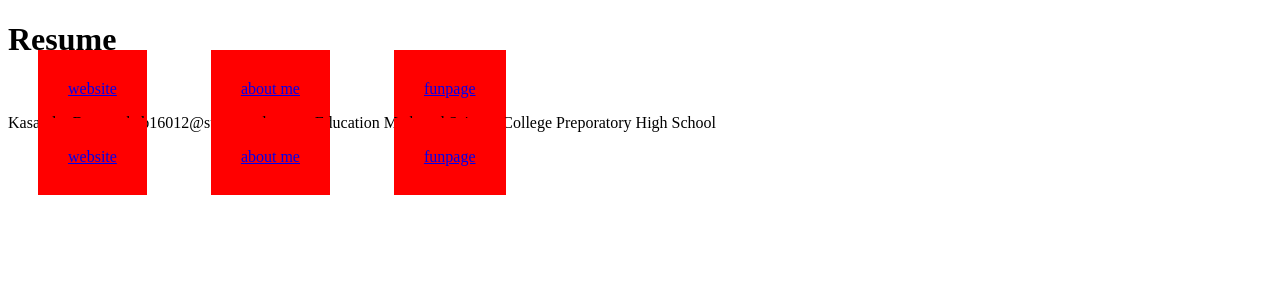
Repository: khipres1/khipres1.github.io
Page: resume.html
The author's editor kept a record of every edit. The page is drawn from the files as they stood at one moment, then again after the next edit.
The browser window is 1280 px wide. The pictures show the whole page.

Above is the page before.

### resume.html
<!DOCTYPE html>
<html>
<head>
  <title>Resume</title>
  <meta charset="utf-8"/>
  <link rel="stylesheet" type="text/css" href="style.css">
</head>
   <h1>Resume</h1>

     <a href="website.html"> website</a>
   <a href="aboutme">about me</a>
   <a href="funpage.html">funpage</a>


     <p>Kasandra Becerra
    kcb16012@stem-student.org
    Education
    Math and Science College Preporatory High School</p>






   <a href="website.html"> website</a>
   <a href="aboutme">about me</a>
   <a href="funpage.html">funpage</a>

   </html>

### style.css

a {
    padding:30px;
    margin:30px;
    background-color: red;
}

After the next edit:
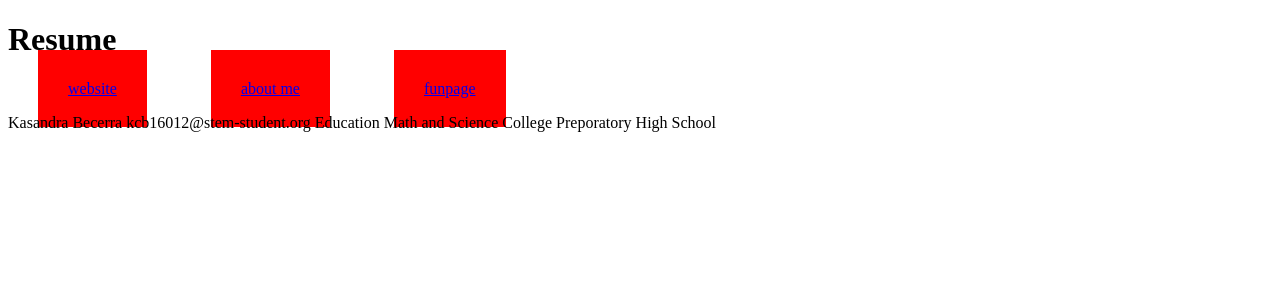
The edit:
--- a/resume.html
+++ b/resume.html
@@ -22,8 +22,6 @@
 
 
 
-   <a href="website.html"> website</a>
-   <a href="aboutme">about me</a>
-   <a href="funpage.html">funpage</a>
+
 
    </html>
